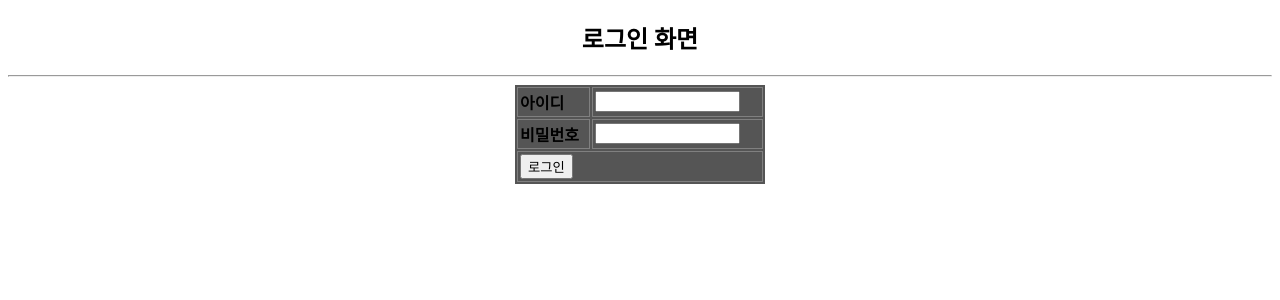
Repository: nijooymik/smartfactory
Page: http://localhost/t0721/login_form.jsp
An editor plug-in stored every save of this project. The page is shown before and after the next save, followed by the edit.
The browser window is 1280 px wide. The pictures show the whole page.
The page is served by Tomcat 9.

Above is the page before, as saved 2022-07-21 02:45:58.

After the next save:
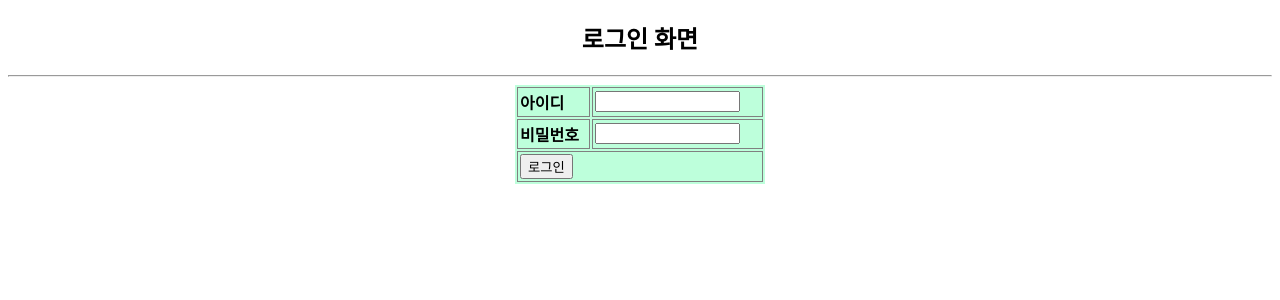
Saved 49 s later.
--- a/jsp/t0721/src/main/webapp/login_form.jsp
+++ b/jsp/t0721/src/main/webapp/login_form.jsp
@@ -10,7 +10,7 @@ table {
 	width: 250px;
 	text-align: center;
 	border-collapse: collaps;
-	background-color: #555555;
+	background-color: #bdffdb;
 }
 
 td {
